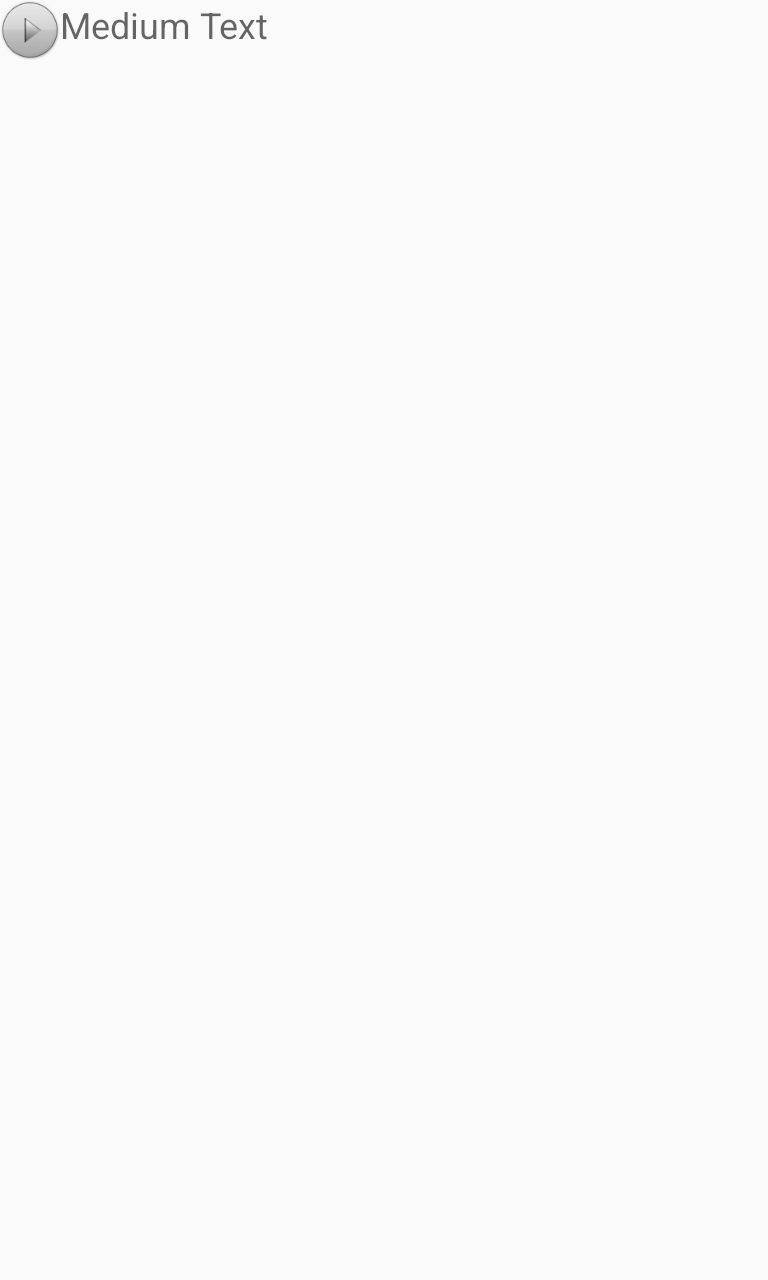
Repository: savindra/cutting-edge
Layout: Humzearch/res/layout/settings_row.xml
These files come from the project's save history. The layout is drawn as it stood at one moment and after the next save; the edit follows.
It is drawn on a 768 x 1280 px phone screen (xhdpi) without system bars, with theme AppTheme; the app's code is not run.

Above is the layout before, as saved 2015-06-22 06:36:56.

### Humzearch/res/layout/settings_row.xml
<?xml version="1.0" encoding="utf-8"?>
<RelativeLayout xmlns:android="http://schemas.android.com/apk/res/android"
    android:layout_width="match_parent"
    android:layout_height="match_parent"
    android:orientation="horizontal" >

    <ImageView
        android:id="@+id/imageView1"
        android:layout_width="30dp"
        android:layout_height="30dp"
        android:src="@drawable/play_button" />

    <TextView
        android:id="@+id/textView1"
        android:layout_width="wrap_content"
        android:layout_height="wrap_content"
        android:layout_toRightOf="@+id/imageView1"
        android:text="Medium Text"
        android:textAppearance="?android:attr/textAppearanceMedium" />

</RelativeLayout>

### Humzearch/res/values-v21/style.xml
<?xml version="1.0" encoding="utf-8"?>
<resources>
    <style name="AppTheme" parent="AppTheme.Base">
        <!-- Customize your theme using Material Design here. -->
    </style>
</resources>

### Humzearch/res/values/styles.xml
<resources>

    <!-- Base application theme. -->
    <style name="AppTheme" parent="AppTheme.Base"/>

    <style name="AppTheme.Base" parent="Theme.AppCompat.Light.DarkActionBar">
        <!-- Customize your theme here. -->

        <!-- colorPrimary is used for the default action bar background -->
        <item name="colorPrimary">@color/ColorPrimary</item>

        <!-- colorPrimaryDark is used for the status bar -->
        <item name="colorPrimaryDark">@color/ColorPrimaryDark</item>

        <!-- colorAccent is used as the default value for colorControlActivated
             which is used to tint widgets -->

        <!-- You can also set colorControlNormal, colorControlActivated
             colorControlHighlight & colorSwitchThumbNormal. -->

        <item name="homeAsUpIndicator">@drawable/ic_drawer</item>
		<item name="android:homeAsUpIndicator">@drawable/ic_drawer</item>
    </style>

    <style name="AppTheme.NoTitleBar" parent="Theme.AppCompat.Light.NoActionBar">
        <!-- Customize your theme here. -->

        <!-- colorPrimary is used for the default action bar background -->
        <item name="colorPrimary">@color/ColorPrimary</item>

        <!-- colorPrimaryDark is used for the status bar -->
        <item name="colorPrimaryDark">@color/ColorPrimaryDark</item>

        <!-- colorAccent is used as the default value for colorControlActivated
             which is used to tint widgets -->

        <!-- You can also set colorControlNormal, colorControlActivated
             colorControlHighlight & colorSwitchThumbNormal. -->
    </style>

    <style name="AppTheme.BackButton" parent="Theme.AppCompat.Light.DarkActionBar">
        <!-- Customize your theme here. -->

        <!-- colorPrimary is used for the default action bar background -->
        <item name="colorPrimary">@color/ColorPrimary</item>

        <!-- colorPrimaryDark is used for the status bar -->
        <item name="colorPrimaryDark">@color/ColorPrimaryDark</item>

        <!-- colorAccent is used as the default value for colorControlActivated
             which is used to tint widgets -->

        <!-- You can also set colorControlNormal, colorControlActivated
             colorControlHighlight & colorSwitchThumbNormal. -->
    </style>

    <style name="toolbar_bottom" parent="Widget.AppCompat.Toolbar">
    	<item name="contentInsetStart">0dp</item>
    	<item name="contentInsetEnd">0dp</item>
	</style>

</resources>

### Humzearch/res/values/color.xml
<?xml version="1.0" encoding="utf-8"?>
<resources>
    <color name="ColorPrimary">#e62117</color>
    <color name="ColorPrimaryDark">#c31c13</color>
    <color name="tabsScrollColor">#8a140e</color>
    <color name="fontblack">#000</color>

    <!-- Main menu colors -->
    <color name="list_item_title">#303030</color>
    <color name="list_background">#eee</color>
    <color name="list_background_pressed">#aaa</color>
    <color name="counter_text_bg">#626262</color>
    <color name="counter_text_color">#c5c4c4</color>

    <color name="button">#ccc</color>

    <color name="link">#909090</color>
    <color name="secondbar">#f5f5f5</color>
    <color name="background">#fcfcfc</color>

    <color name="list_divider">#d9d9d9</color>
    <color name="list_row_start_color">#ffffff</color>
    <color name="list_row_end_color">#ffffff</color>
    <color name="list_row_hover_start_color">#ebeef0</color>
    <color name="list_row_hover_end_color">#ebeef0</color>

</resources>

### Humzearch/res/drawable/play_button.xml
<?xml version="1.0" encoding="utf-8"?>
<selector xmlns:android="http://schemas.android.com/apk/res/android">
    <item android:drawable="@drawable/ic_play_pressed"
          android:state_pressed="true" />
    <item android:drawable="@drawable/ic_play_focussed"
          android:state_focused="true" />
    <item android:drawable="@drawable/ic_play_normal" />
</selector>

After the next save:
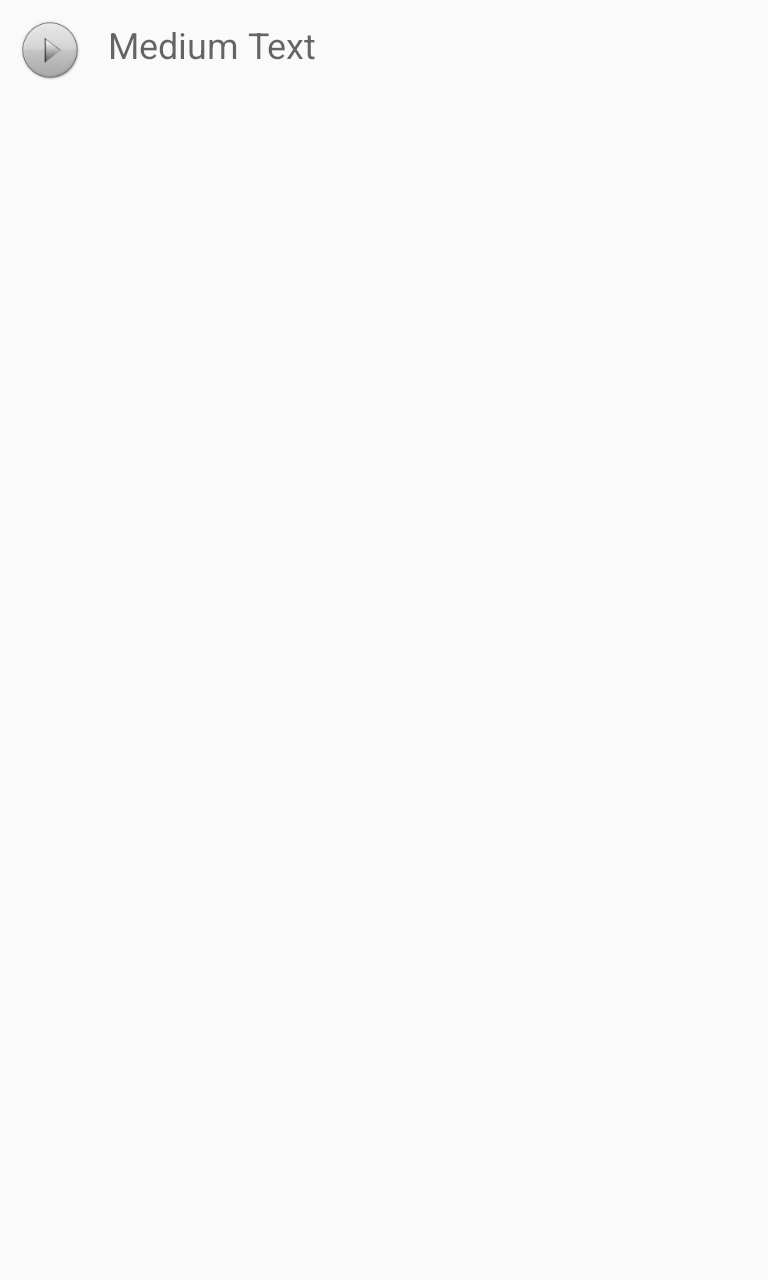
Saved 3 min 17 s later.
--- a/Humzearch/res/layout/settings_row.xml
+++ b/Humzearch/res/layout/settings_row.xml
@@ -8,14 +8,20 @@
         android:id="@+id/imageView1"
         android:layout_width="30dp"
         android:layout_height="30dp"
+        android:layout_marginBottom="10dp"
+        android:layout_marginLeft="10dp"
+        android:layout_marginTop="10dp"
         android:src="@drawable/play_button" />
 
     <TextView
         android:id="@+id/textView1"
         android:layout_width="wrap_content"
         android:layout_height="wrap_content"
+        android:layout_alignTop="@+id/imageView1"
+        android:layout_marginLeft="14dp"
         android:layout_toRightOf="@+id/imageView1"
         android:text="Medium Text"
+        android:gravity="center_vertical|center"
         android:textAppearance="?android:attr/textAppearanceMedium" />
 
 </RelativeLayout>
